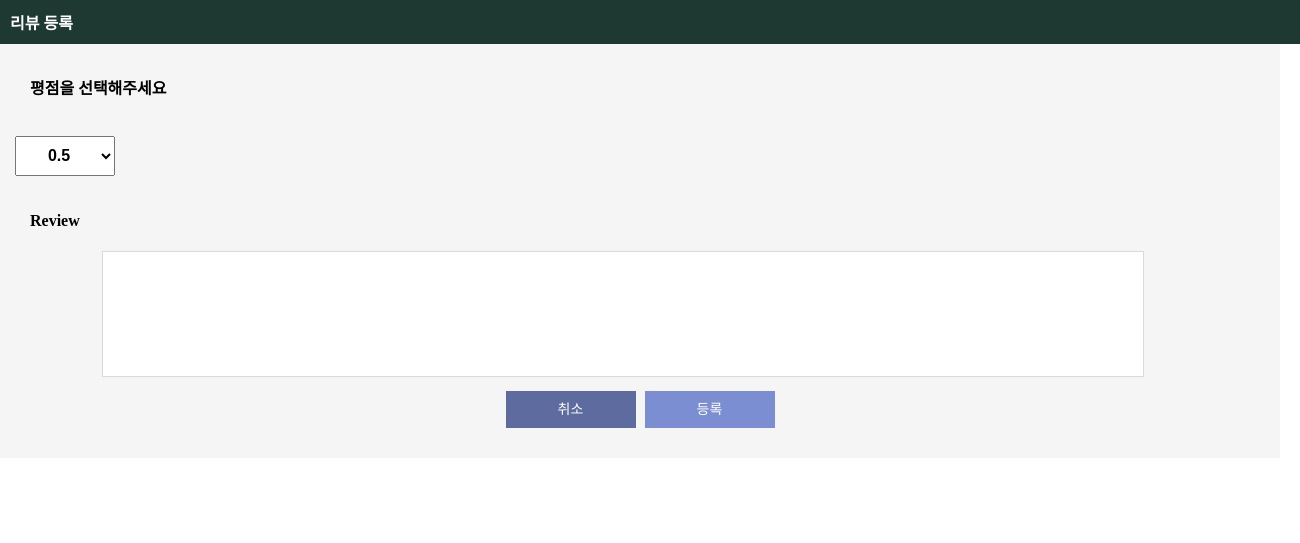
Repository: KimYoungHwans/Yproject
Page: http://localhost/Yproject/WEB-INF/views/replyEnroll.jsp
These files come from the project's save history. The page is drawn as it stood at one moment and after the next save; the edit follows.
The browser window is 1280 px wide. The page is 1300 px wide, so the pictures cover 1300 px, including what lies to the right of the window. The pictures show the whole page.
The page is served by Tomcat 9. Nobody is signed in. The template is opened directly, without the code that normally fills it, so the values that code supplies are empty.

Above is the page before, as saved 2023-01-18 07:16:42.

After the next save:
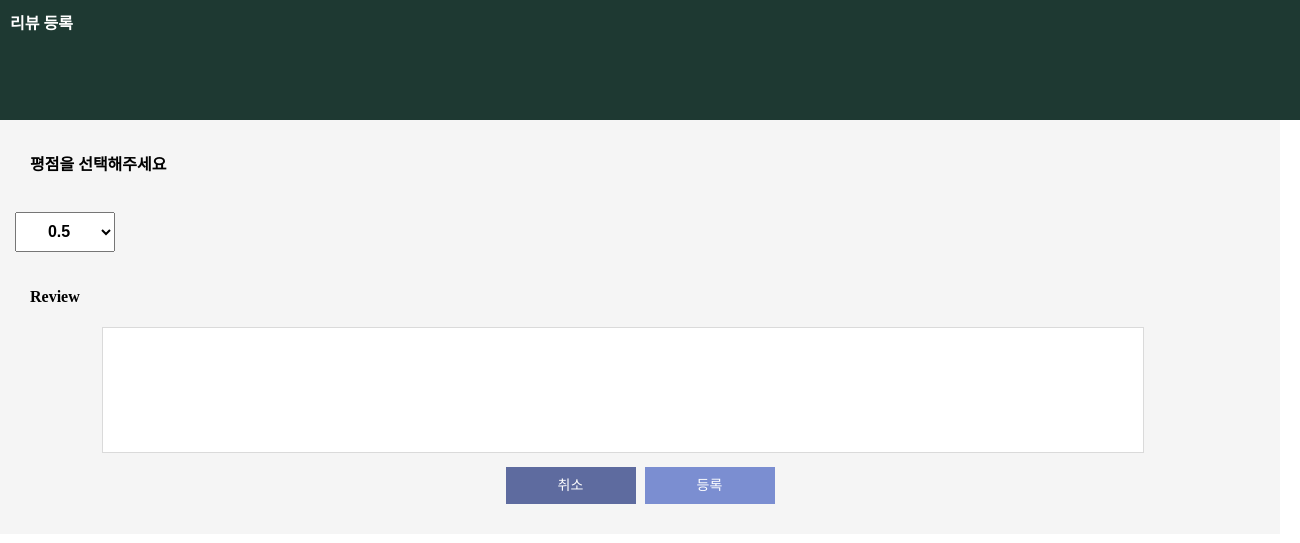
Saved 28 s later.
--- a/workspace/Yproject/src/main/webapp/WEB-INF/views/replyEnroll.jsp
+++ b/workspace/Yproject/src/main/webapp/WEB-INF/views/replyEnroll.jsp
@@ -28,6 +28,7 @@
 	    color: white;
 	    padding: 10px;
 	    font-weight: bold;
+	    height: 100px;
   	}
 
   	/* 컨텐츠, 버튼 영역 padding */
